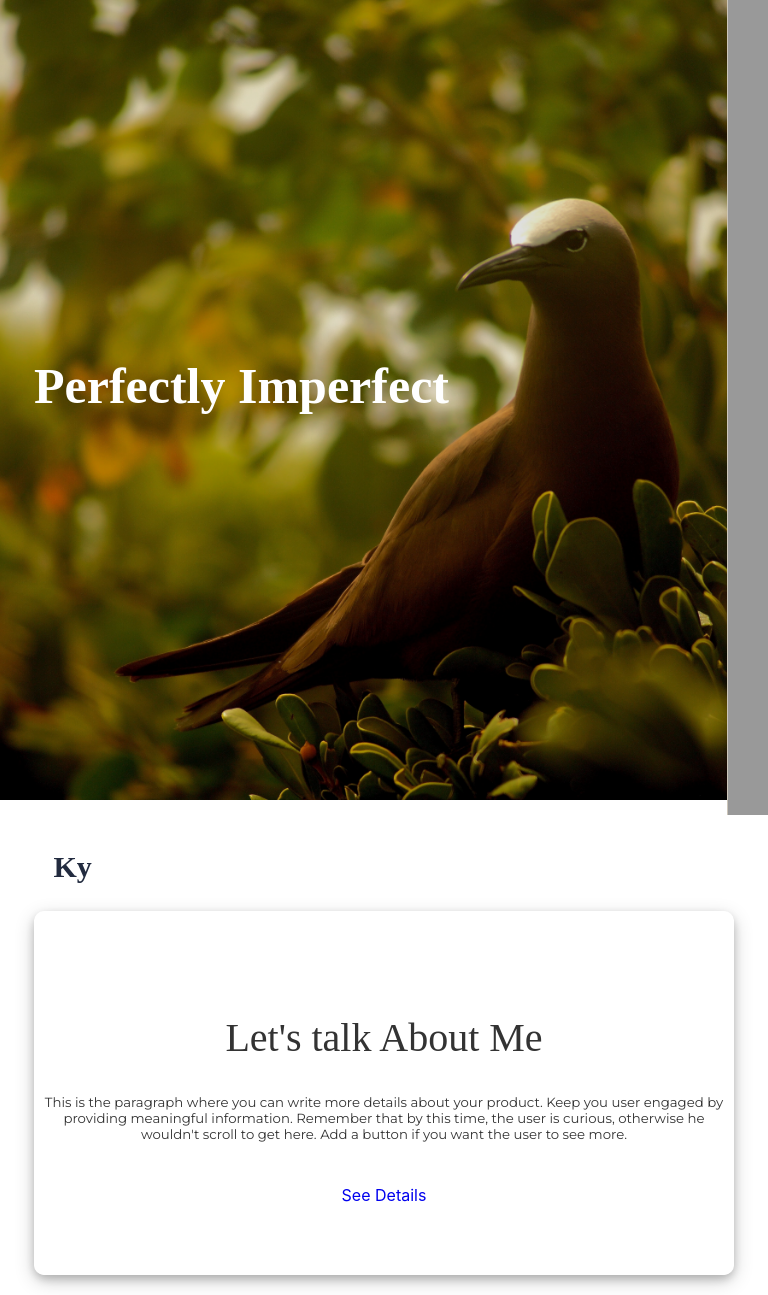
Repository: kkyler24/Perfectly-Imperfect
Page: / (app in imperfect/)
These files come from the project's save history. The page is drawn as it stood at one moment and after the next save; the edit follows.
The browser window is 768 px wide. The pictures show the whole page.
Backgrounds fixed to the window are drawn as part of the page. Some web fonts or font styles are not loaded; a fallback is used. The project was rebuilt for these pictures with package versions that can differ from the ones it lists, and the page was loaded fresh each time.

Above is the page before, as saved 2020-08-06 12:27:24.

### imperfect/public/index.html
<!DOCTYPE html>
<html lang="en">
  <head>
    <meta charset="utf-8" />
    <link rel="icon" href="%PUBLIC_URL%/favicon.ico" />
    <meta name="viewport" content="width=device-width, initial-scale=1" />
    <meta name="theme-color" content="#000000" />
    <meta
      name="description"
      content="Web site created using create-react-app"
    />
    <link rel="apple-touch-icon" href="%PUBLIC_URL%/logo192.png" />

    <link rel="manifest" href="%PUBLIC_URL%/manifest.json" />

    <link
      href="https://fonts.googleapis.com/css2?family=Montserrat&family=Petit+Formal+Script&display=swap"
      rel="stylesheet"
    />

    <title>React App</title>
  </head>
  <body>
    <noscript>You need to enable JavaScript to run this app.</noscript>
    <div id="root"></div>
  </body>
</html>

### imperfect/src/App.js
import React from "react";
import logo from "./logo.svg";
import "./App.css";
import Nav from "./Components/navbarComponent/navbar.js";
import PGHeader from "./Components/Headerindex/header.js";
import AboutMe from "./Components/aboutMeIndex/aboutme.js";

function App() {
  return (
    <div className="App">
      <PGHeader />
      {/* <Nav /> */}
      <AboutMe />
    </div>
  );
}

export default App;

### imperfect/src/App.css
body {
  color: #66615b;
  font-size: 16px;
  box-sizing: border-box;
  display: block;
}

### imperfect/src/Components/navbarComponent/navbar.js
import React from "react";
import "./navbar.css";

function NavBar() {
  return (
    <div>
      <nav
        color-on-scroll="300"
        class="fixed-bottom navbar-transparent navbar navbar-expand-lg"
      >
        <div class="container-fluid">
          <div class="navbar-translate">
            <a
              id="Kytitle"
              data-placement="bottom"
              target="_blank"
              title="Coded by Creative Tim"
              class="navbar-brand"
              href="#/index"
            >
              Ky
            </a>
            <button aria-expanded="false" class="navbar-toggler navbar-toggler">
              <span class="navbar-toggler-bar bar1"></span>
              <span class="navbar-toggler-bar bar2"></span>
              <span class="navbar-toggler-bar bar3"></span>
            </button>
          </div>
          <div class="justify-content-end collapse navbar-collapse">
            <ul class="navbar-nav">
              <li class="nav-item">
                <a
                  data-placement="bottom"
                  href="https://www.linkedIn"
                  target="_blank"
                  title="Let's connect on LinkedIn"
                  class="nav-link"
                >
                  {/* <i class="fa fa-linkedIn"></i> */}
                </a>
              </li>
              <li class="nav-item">
                <a
                  data-placement="bottom"
                  href="https://www.linkedIn"
                  target="_blank"
                  title="Let's connect on LinkedIn"
                  class="nav-link"
                >
                  {/* <i class="fa fa-linkedIn"></i> */}
                </a>
              </li>
              <li class="nav-item">
                <a
                  data-placement="bottom"
                  href="https://twitter.com/CreativeTim?ref=creativetim"
                  target="_blank"
                  title="Follow us on Twitter"
                  class="nav-link"
                >
                  {/* <i class="fa fa-twitter"></i> */}
                  <p class="d-lg-none"></p>
                </a>
                <li class="nav-item mr-2rem">
                  <a
                    data-placement="bottom"
                    href="https://www.github.com/CreativeTimOfficial?ref=creativetim"
                    target="_blank"
                    title="Star on GitHub"
                    class="nav-link"
                  >
                    {/* <i class="fa fa-github"></i> */}
                    <p class="d-lg-none"></p>
                  </a>
                </li>
              </li>
              <li class="nav-item">
                <a class="nav-link" href="#/index">
                  <i class="nc-icon nc-layout-11"></i> Home
                </a>
              </li>
              <li class="nav-item">
                <a class="nav-link" href="#/index">
                  <i class="nc-icon nc-layout-11"></i> Portfolio
                </a>
              </li>
              <li class="nav-item">
                <a target="_blank" class="nav-link" href="#/documentation">
                  <i class="nc-icon nc-book-bookmark"></i> Resume
                </a>
              </li>

              <li class="nav-item">
                <a
                  data-placement="bottom"
                  href="https://www.github.com/CreativeTimOfficial?ref=creativetim"
                  target="_blank"
                  title="Star on GitHub"
                  class="nav-link"
                >
                  {/* <i class="fa fa-github"></i> */}
                  <p class="d-lg-none"></p>
                </a>
              </li>
            </ul>
          </div>
        </div>
      </nav>
    </div>
  );
}
export default NavBar;

### imperfect/src/Components/Headerindex/header.js
import React from "react";
import "./Indexheader.css";
import Navbar from "../navbarComponent/navbar.js";

function PageHeader(props) {
  return (
    <div>
      <div id="background" className="page-header" data-parallax="true">
        <div className="filter"></div>
        <div className="headerContainer">
          <div className="motto text-center">
            <h1 id="JumboHeaderTitle">Perfectly Imperfect</h1>
            <br />
          </div>
        </div>
      </div>
      <Navbar />
    </div>
  );
}
export default PageHeader;

### imperfect/src/Components/aboutMeIndex/aboutme.js
import React from "react";
import "./aboutme.css";

function Aboutme() {
  return (
    <div className=" card aboutMain">
      <div className="sectionAB text-center">
        <div className="ABccontainer">
          <div class="row">
            <div class="ml-auto mr-auto col-md-8">
              <h2 class="titleAB">Let's talk About Me</h2>
              <h5 class="descriptionAB">
                This is the paragraph where you can write more details about
                your product. Keep you user engaged by providing meaningful
                information. Remember that by this time, the user is curious,
                otherwise he wouldn't scroll to get here. Add a button if you
                want the user to see more.
              </h5>
              <br />
              <a href="#pablo" class="btn-round btn btn-info">
                See Details
              </a>
            </div>
          </div>
        </div>
      </div>
    </div>
  );
}
export default Aboutme;

### imperfect/src/Components/navbarComponent/navbar.css
/* navbar */
#Kytitle {
  font-family: "Petit Formal Script", cursive;
  font-size: 30px;
  color: #222b3f;
  border-bottom: solid 2px rgb(255, 255, 255);
  text-transform: capitalize;
}

.navbar.navbar-transparent {
  background: transparent !important;
  padding-top: 25px;
  box-shadow: none;
}

.navbar .navbar-brand {
  font-weight: 600;
  margin: 5px 0;
  padding: 20px 15px;
  font-size: 14px;
  text-transform: uppercase;
}

.navbar-nav {
  display: flex;
  flex-direction: column;
  padding-left: 0;
  margin-bottom: 0;
  list-style: none;
}
.navbar-brand {
  display: inline-block;
  padding-top: 0.3125rem;
  padding-bottom: 0.3125rem;
  margin-right: 1rem;
  font-size: 1.25rem;
  line-height: inherit;
  white-space: nowrap;
}

.navbar {
  border: 0;
  font-size: 14px;
  padding: 0;
  font-family: "Montserrat", "Helvetica", Arial, sans-serif;
  font-weight: 300;
  align-items: center;
  display: flex;
}
.navbar > .container-fluid {
  display: flex;
  flex-wrap: wrap;
  align-items: center;
  justify-content: space-between;
}

.nav-link {
  display: block;
}

.navbar-toggler {
  padding: 0.25rem 0.75rem;
  font-size: 1.25rem;
  line-height: 1;
  background-color: transparent;
  border: 1px solid transparent;
  border-radius: 0.25rem;
}
button {
  text-transform: none;
  overflow: hidden;
  -webkit-font-smoothing: antialiased;
  font-family: "Montserrat", "Helvetica", Arial, sans-serif;
  font-weight: 300;
  margin: 0;
  text-rendering: auto;
  /* color: -internal-light-dark(buttontext, rgb(170, 170, 170)); */
  letter-spacing: normal;
  word-spacing: normal;
  text-indent: 0px;
  text-shadow: none;
  display: inline-block;
  text-align: center;
  align-items: flex-start;
  font: 400 13.3333px Arial;
}
.navbar .navbar-toggler .navbar-toggler-bar {
  display: block;
  position: relative;
  width: 24px;
  height: 2px;
  border-radius: 1px;
  margin: 0 auto;
}

.navbar.navbar-transparent .navbar-toggler .navbar-toggler-bar {
  background: #fff !important;
}

.navbar-transparent .navbar-nav .nav-item .nav-link:not(.btn) {
  color: #fff;
  border-color: #fff;
}

.navbar .navbar-toggler .navbar-toggler-bar + .navbar-toggler-bar {
  margin-top: 4px;
}

.navbar .navbar-nav .nav-item .nav-link {
  line-height: 1.6;
  margin: 15px 3px;
  padding: 10px 15px;
  opacity: 0.8;
  font-size: 12px;
  text-transform: uppercase;
  font-weight: 600;
}

.navbar .navbar-nav .nav-item .nav-link p {
  margin: 0;
  text-transform: uppercase;
  font-weight: 600;
  font-size: 12px;
  line-height: 1.5em;
  padding: 15px 0;
}

button:not(:disabled) {
  cursor: pointer;
}

.container-fluid {
  width: 100%;
  padding-right: 15px;
  padding-left: 15px;
  margin-right: 0%;
  margin-left: 5%;
}

.fixed-top {
  position: fixed;
  right: 0;
  left: 0;
  z-index: 1030;
  /* not needed for fixed bottom */
  top: 0;
}

a {
  text-decoration: none;
  background-color: transparent;
}

.collapse:not(.show) {
  display: none;
}

.justify-content-end,
ul {
  justify-content: flex-end !important;
}

.navbar-collapse {
  flex-basis: 100%;
  flex-grow: 1;
  align-items: center;
}

ul {
  margin-top: 0;
}

.navbar .navbar-nav .nav-item .nav-link [class^="fa"] {
  font-size: 17px;
  position: relative;
  right: 5px;
}
.fa {
  width: 18px;
  text-align: center;
}
.fa {
  display: inline-block;
  font: normal normal normal 14px/1 FontAwesome;
  text-rendering: auto;
  -webkit-font-smoothing: antialiased;
}

.nc-icon {
  display: inline-block;
  font: normal normal normal 14px/1 "nucleo-icons";
  font-size: inherit;
  text-transform: none;
  -webkit-font-smoothing: antialiased;
}

.nc-layout-11:before {
  content: "\ea36";
}

.nc-book-bookmark:before {
  content: "\ea0f";
}

.fa-github:before {
  content: "\f09b";
}

:before {
  box-sizing: border-box;
}

.navbar .navbar-collapse .nav-item .nav-link p {
  display: inline;
}

/* media Q navbar */
@media (min-width: 992px) {
  .navbar-expand-lg {
    flex-flow: row nowrap;
    justify-content: flex-start;
  }
  .navbar {
    justify-content: space-between;
  }
}
/* Li */
@media (min-width: 992px) {
  .navbar-expand-lg .navbar-nav {
    flex-direction: row;
  }
}
@media screen and (max-width: 991px) {
  .navbar-collapse ul {
    position: relative;
    z-index: 3;
    height: 95%;
  }
}

@media screen and (max-width: 991px) {
  .navbar-collapse .navbar-nav > .nav-item > .nav-link {
    color: #9a9a9a !important;
  }
}

@media screen and (max-width: 991px) {
  .navbar-collapse {
    position: fixed;
    display: block !important;
    top: 0;
    width: 230px;
    right: 0;
    z-index: 1032;
    visibility: visible;
    background-color: #999;
    overflow-y: visible;
    border-top: none;
    text-align: left;
    border-left: 1px solid #ccc5b9;
    padding-right: 0;
    padding-left: 40px;
    padding-top: 15px;
    transform: translateX(230px);
    transition: all 0.33s cubic-bezier(0.685, 0.0473, 0.346, 1);
  }
}

@media (max-width: 991.98px) {
  .navbar-expand-lg > .container-fluid {
    padding-right: 0;
    padding-left: 0;
  }
}

@media (min-width: 768px) {
  .container-fluid {
    max-width: 720px;
  }
}

@media (min-width: 992px) {
  .container-fluid {
    max-width: 100%;
  }
}

@media screen and (max-width: 991px) {
  .navbar-translate {
    width: 100%;
    position: relative;
    display: flex;
    justify-content: space-between !important;
    align-items: center;
    transform: translateX(0);
    transition: all 0.33s cubic-bezier(0.685, 0.0473, 0.346, 1);
  }
}

@media (min-width: 992px) {
  .navbar-expand-lg .navbar-toggler {
    display: none;
  }
}

@media screen and (max-width: 991px) {
  .navbar-collapse {
    height: 100% !important;
  }
}

@media (min-width: 992px) {
  .navbar-expand-lg .navbar-collapse {
    display: flex !important;
    flex-basis: auto;
  }
}
/*
@media (min-width: 576px) {
  .container-fluid {
    max-width: 540px;
  }
} */

@media (min-width: 992px) {
  .navbar-expand-lg > .container-fluid {
    flex-wrap: nowrap;
  }
}

### imperfect/src/Components/Headerindex/Indexheader.css
#background {
  background-image: url("../../Assets/imgs/brownnoodyGreatbirdisland.jpg");
  background-attachment: fixed;
  background-repeat: no-repeat;
  background-size: cover;
  height: 700px;
}

.page-header {
  background-position: 50%;
  background-size: cover;
  min-height: 100vh;
  max-height: 999px;
  overflow: hidden;
  position: relative;
  width: 100%;
  z-index: 1;
  display: flex;
  align-items: center;
  justify-content: center;
}

.page-header .filter:after {
  background-color: rgba(0, 0, 0, 0.125);
  content: "";
  display: block;
  height: 100%;
  left: 0;
  top: 0;
  position: absolute;
  width: 100%;
  z-index: 1;
}

.page-header .motto {
  z-index: 3;
  color: #fff;
  position: relative;
  width: max-content;
}

.headerContainer {
  font-family: "Petit Formal Script", cursive;
  display: inline-flex;
  width: 100%;
  /* font-weight: 200; */
  padding-right: 15px;
  padding-left: 15px;
  margin-right: auto;
  margin-left: auto;
  font-size: 50px;
  max-width: 700px !important;
}

.text-center {
  text-align: center !important;
}
div {
  display: block;
}

h1 {
  display: block;
  font-size: 2em;
  margin-block-start: 0.67em;
  margin-block-end: 0.67em;
  margin-inline-start: 0px;
  margin-inline-end: 0px;
  font-weight: bold;
}
@media (max-width: 450px) and (min-width: 280px) {
  #JumboHeaderTitle {
    width: 300px;
    margin: auto;
    font-size: 20px;
    text-align: center;
  }
  #background {
    width: 450px !important;
  }
}
/*
@media (max-width: 570px) and (min-width: 280px) {
  #JumboHeaderTitle {
    width: 400px;
    margin: auto;
    font-size: 20px;
    text-align: center;
  }
} */

/* media Q */
@media (min-width: 992px) {
  .headerContainer {
    max-width: 960px;
  }
}

@media (min-width: 768px) {
  .headerContainer {
    max-width: 720px;
  }
}

@media (min-width: 576px) {
  .headerContainer {
    max-width: 540px;
    font-size: 25px;
  }
}

@media (max-width: 576px) {
  .headerContainer {
    display: flex;
    flex-wrap: wrap;
    max-width: 540px !important;
    font-size: 20px;
    text-align: center;
  }
}

### imperfect/src/Components/aboutMeIndex/aboutme.css
.aboutMain .section:first-of-type {
  position: relative;
  z-index: 3;
  position: relative;
  background: #ffffff;
  margin: -60px 30px 0px;
  box-shadow: 0 16px 24px 2px rgba(0, 0, 0, 0.14),
    0 6px 30px 5px rgba(0, 0, 0, 0.12), 0 8px 10px -5px rgba(0, 0, 0, 0.2);
  border-radius: 6px;
  padding: 70px 0;
}

.card,
.aboutMain {
  width: 700px;
  border-radius: 12px;
  box-shadow: 0 4px 8px 0 rgba(0, 0, 0, 0.2), 0 6px 20px 0 rgba(0, 0, 0, 0.19);
  text-align: center;
  background-color: #fff;
  color: #333;
  margin-bottom: 20px;
  position: relative;
  z-index: 3;
  border: 0;
  transition: transform 0.3s cubic-bezier(0.34, 2, 0.6, 1), box-shadow 0.2s ease;
  display: flex;
  flex-direction: column;
  min-width: 0;
  background-clip: border-box;
  /* border: 1px solid rgba(0, 0, 0, 0.25); */
  /* border-radius: 20px; */
  margin-left: auto;
  margin-right: auto;
}

.sectionAB {
  padding: 70px 0;
  background-color: #fff;
  border-radius: 10px;
}

.text-center {
  text-align: center !important;
}

.titleAB {
  font-family: "Petit Formal Script", cursive;
  font-weight: lighter;
  font-size: 40px;
}

.descriptionAB {
  font-family: "Montserrat", sans-serif;
  font-weight: lighter;
}

.ABcontainer {
  width: 100%;
  margin-right: auto;
  margin-left: auto;
}

row {
  display: flex;
  flex-wrap: wrap;
  margin-right: -15px;
  margin-left: -15px;
}

@media (min-width: 768px) {
  .ABcontainer {
    max-width: 720px;
  }
}

@media (max-width: 992px) {
  .sectionAB {
    max-width: 700px;
  }
}

@media (min-width: 992px) {
  .sectionAB,
  .aboutMain {
    width: 1000px;
  }
}

Loaded but not shown: imperfect/src/index.js (common file); imperfect/src/index.css (common file); imperfect/src/serviceWorker.js (common file)

After the next save:
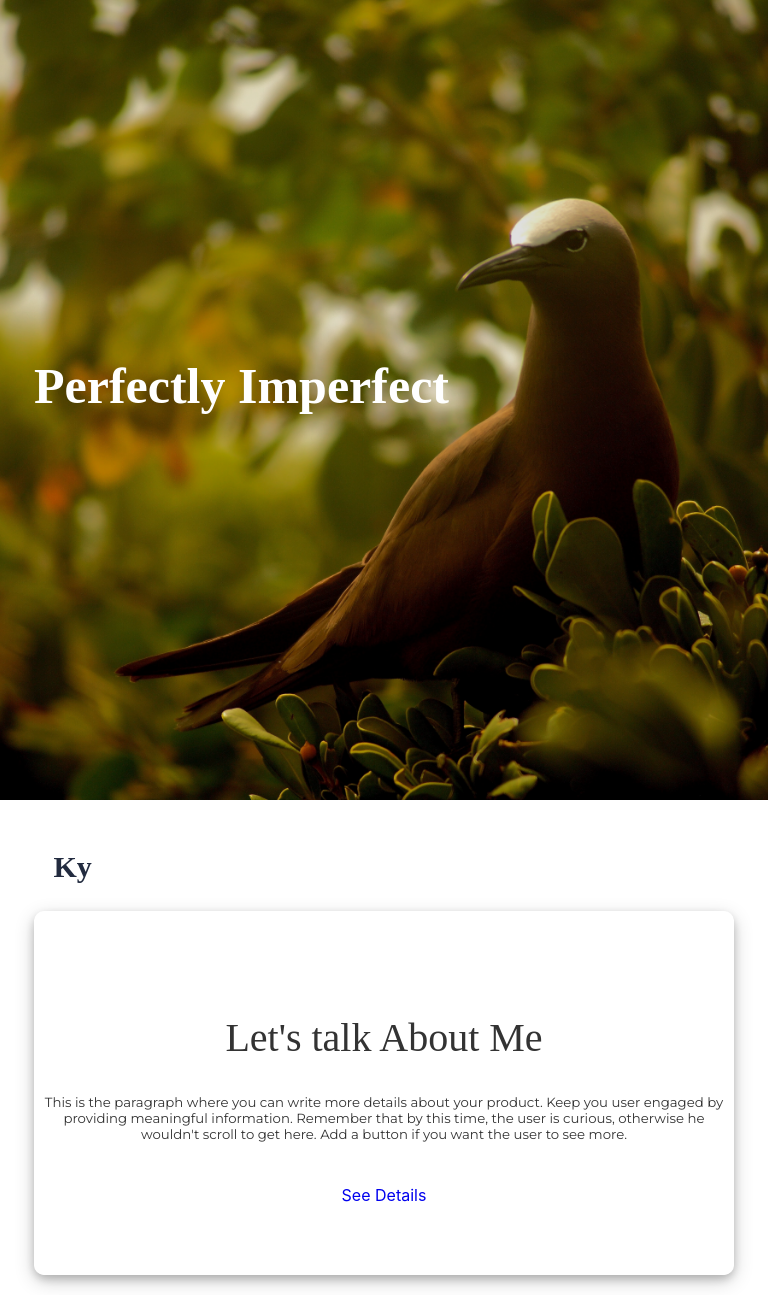
Saved 2 min 19 s later.
--- a/imperfect/src/Components/navbarComponent/navbar.css
+++ b/imperfect/src/Components/navbarComponent/navbar.css
@@ -253,11 +253,9 @@ ul {
     right: 0;
     z-index: 1032;
     visibility: visible;
-    background-color: #999;
     overflow-y: visible;
     border-top: none;
     text-align: left;
-    border-left: 1px solid #ccc5b9;
     padding-right: 0;
     padding-left: 40px;
     padding-top: 15px;
